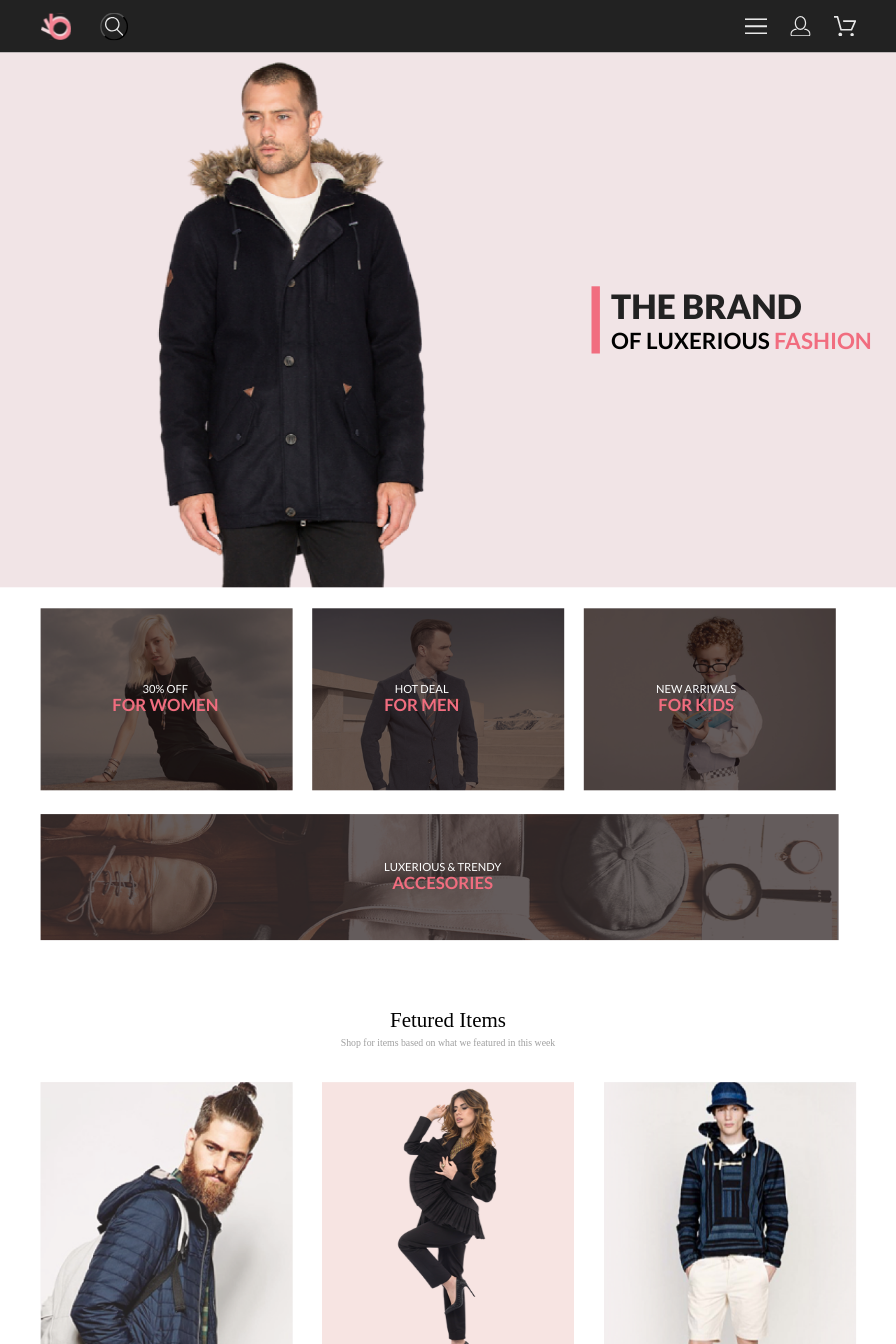
Repository: shtepaa/work-show-linkid
Page: les01/index.html
An editor plug-in stored every save of this project. The page is shown before and after a run of saves, followed by the edit.
The browser window is 1280 px wide. The pictures show the part of the page from y = 0 to 1920 px (the page is 3886 px tall), at 70% of full size.

Above is the page before, as saved 2022-02-15 12:20:39.

### les01/index.html
<!DOCTYPE html>
<html lang="en">
  <head>
    <meta charset="UTF-8" />
    <meta http-equiv="X-UA-Compatible" content="IE=edge" />
    <meta name="viewport" content="width=device-width, initial-scale=1.0" />
    <title>Brand</title>
    <link rel="shortcut icon" href="img/favicon.ico" type="image/x-icon" />
    <link rel="stylesheet" href="style.css" />
    <link rel="preconnect" href="https://fonts.googleapis.com" />
    <link rel="preconnect" href="https://fonts.gstatic.com" crossorigin />
    <link
      href="https://fonts.googleapis.com/css2?family=Lato:wght@700;400;900&display=swap"
      rel="stylesheet"
    />
  </head>
  <body>


        <header>
          <div class="container">
            <nav>
              <div class="flex-left">
                <img src="img/logo.svg" alt="logo" />
                <form class="searchBox">
                  <input
                    class="searchInput"
                    type="text"
                    name=""
                    placeholder="Search"
                  />
                  <button class="searchButton" href="#">
                    <img id="path" src="img/search.svg" alt="logo" />
                  </button>
                </form>
              </div>
              <div class="flex-right">
                <div class="mega-box"><img class="contact-img" src="img/menu.svg" alt="logo" />
                <div class="mega-item">

<div class="menu-box"><h3 class="menu-box--style">Menu</h3></div>
<details><summary>Man</summary>
<a class="mega-link" href="#">Accessories</a>
<a class="mega-link" href="#">Bags</a>
<a class="mega-link" href="#">Denim</a>
<a class="mega-link" href="#">T-Shirts</a>
</details>
<details><summary>WOMAN</summary>
  <a class="mega-link" href="#">Accessories</a>
  <a class="mega-link" href="#">Jackets & Coats</a>
  <a class="mega-link" href="#">Polos</a>
  <a class="mega-link" href="#">T-Shirts</a>
  </details>
  <details><summary>KIDS</summary>
    <a class="mega-link" href="#">Accessories</a>
    <a class="mega-link" href="#">Bags</a>
    <a class="mega-link" href="#">Denim</a>
    <a class="mega-link" href="#">T-Shirts</a>
    </details>



                </div>


                </div>
                <img class="contact-img" src="img/contact.svg" alt="logo" />
                <img src="img/shop.svg" alt="logo" />
              </div>
            </nav>
          </div>
        </header>
        <!-- Второй блок -->
        <div class="header-section">

          <!-- <div class="container"> -->

            <div class="header-cover">
              <div class="header-image">
              <img class="header-man"  src="img/man-new.png" alt="man" />
            </div>
            <div class="header-title">
              <div class="pink-line">
              <div class="header-column">
                <h1>The brand</h1>
                <h2>of luxerious <span class="pink-word"> fashion</span></h2>
              </div>
            </div>
            </div>
          </div>
          <!-- </div> -->


          </div>
        </div>
<!-- Третий блок -->
        <div class="container catalog-wrappet">
          <div class="catalog-block">
            <div class="catalog-project">
              <img
                class="catalog-image"
                src="img/catalog01.png"
                alt="catalog01"
              />
              <h2 class="catalog__text">
                30% off <span class="pink-word catalog-words"> for women</span>
              </h2>
            </div>
            <div class="catalog-project">
              <img
                class="catalog-image"
                src="img/catalog02.png"
                alt="catalog02"
              />
              <h2 class="catalog__text">
                hot deal <span class="pink-word catalog-words"> for men</span>
              </h2>
            </div>
            <div class="catalog-project">
              <img
                class="catalog-image"
                src="img/catalog03.png"
                alt="catalog03"
              />
              <h2 class="catalog__text">
                new arrivals
                <span class="pink-word catalog-words"> for kids</span>
              </h2>
            </div>
          </div>
          <div class="catalog-project parent">
            <img
              class="catalog-image"
              src="img/catalog04.png"
              alt="catalog04"
            />
            <h2 class="catalog__text down-parent">
              luxerious & trendy<span class="pink-word catalog-words">
                accesories</span
              >
            </h2>
          </div>
        </div>
        <!-- Четвертый блок -->
        <div class="container block-text">
          <h3 class="block-text--heading">Fetured Items</h3>
          <p class="block-text--section-text">
            Shop for items based on what we featured in this week
          </p>
        </div>
        <div class="container section-featured">
          <div class="featur_one">
            <a class="link-featur" href="#">
            <img class="featur-image"  src="img/feat01.png" alt="featur_one" /></a>
            <div class="featur-wrapper">
            <h3 class="featur-text">ELLERY X M'O CAPSULE</h3>
            <p class="featur-content">Known for her sculptural takes on traditional tailoring, Australian arbiter of cool Kym Ellery teams up with Moda Operandi.</p>
<span class="featur-price">$52.00</span></div>
          </div>
          <div class="featur_one">
            <a class="link-featur" href="#">
            <img src="img/feat02.png" alt="featur_one" /></a>
            <div class="featur-wrapper">
            <h3 class="featur-text">ELLERY X M'O CAPSULE</h3>
            <p class="featur-content">Known for her sculptural takes on traditional tailoring, Australian arbiter of cool Kym Ellery teams up with Moda Operandi.</p>
<span class="featur-price">$52.00</span></div>
          </div>
          <div class="featur_one">
            <a class="link-featur" href="#">
            <img src="img/feat03.png" alt="featur_one" /></a>
            <div class="featur-wrapper">
            <h3 class="featur-text">ELLERY X M'O CAPSULE</h3>
            <p class="featur-content">Known for her sculptural takes on traditional tailoring, Australian arbiter of cool Kym Ellery teams up with Moda Operandi.</p>
<span class="featur-price">$52.00</span></div>
          </div>
          <div class="featur_one">
            <a class="link-featur" href="#">
            <img src="img/feat04.png" alt="featur_one" /></a>
            <div class="featur-wrapper">
            <h3 class="featur-text">ELLERY X M'O CAPSULE</h3>
            <p class="featur-content">Known for her sculptural takes on traditional tailoring, Australian arbiter of cool Kym Ellery teams up with Moda Operandi.</p>
<span class="featur-price">$52.00</span></div>
          </div>
          <div class="featur_one">
            <a class="link-featur" href="#">
            <img src="img/feat05.png" alt="featur_one" /></a>
            <div class="featur-wrapper">
            <h3 class="featur-text">ELLERY X M'O CAPSULE</h3>
            <p class="featur-content">Known for her sculptural takes on traditional tailoring, Australian arbiter of cool Kym Ellery teams up with Moda Operandi.</p>
<span class="featur-price">$52.00</span></div>
          </div>
          <div class="featur_one">
            <a class="link-featur" href="#">
            <img src="img/feat06.png" alt="featur_one" /></a>
            <div class="featur-wrapper">
            <h3 class="featur-text">ELLERY X M'O CAPSULE</h3>
            <p class="featur-content">Known for her sculptural takes on traditional tailoring, Australian arbiter of cool Kym Ellery teams up with Moda Operandi.</p>
<span class="featur-price">$52.00</span></div>
          </div>

        </div>
        <div class="container browse-button">
          <a class="link-browse" href="#"> <h3 class="browse-button product-cart">Browse All Product</h3></a>

        </div>
<div class="section-icons">
  <div class="container wrapper-icons">
  <div class="first-icons">
    <img class="car-icons" src="img/car.svg" alt="car" />
    <h3 class="car-icons--text">Free Delivery</h3>
    <p class="car-icons--context">Worldwide delivery on all. Authorit tively morph next-generation innov tion with extensive models.</p>
  </div>
  <div class="first-icons">
    <img class="car-icons" src="img/discount.svg" alt="discount" />
    <h3 class="car-icons--text">Sales & discounts</h3>
    <p class="car-icons--context">Worldwide delivery on all. Authorit tively morph next-generation innov tion with extensive models.</p>
  </div>
  <div class="first-icons">
    <img class="car-icons" src="img/corona.svg" alt="corona" />
    <h3 class="car-icons--text">Quality assurance</h3>
    <p class="car-icons--context">Worldwide delivery on all. Authorit tively morph next-generation innov tion with extensive models.</p>
  </div>
</div>

</div>

<div class="quotes-section">
  <div class="container wrap-quotes">
  <div class="figure-box">
  <figure>
    <img class="figure-image" src="img/author.png" alt="author" />
    <figcaption>“Vestibulum quis porttitor dui! Quisque viverra nunc mi, a pulvinar purus condimentum“</figcaption>
  </figure></div>
  <div class="figure-box enter-mail">

    <h1 class="subscribe">SUBSCRIBE</h1>
    <h2 class="promotion">FOR OUR NEWLETTER AND PROMOTION</h2>
    <div class="subscribe-wrapper">

      <input type="email" name="email" class="subscribe-input" placeholder="Enter Your Email">
      <div class="submit-btn">SUBMIT</div>
    </div>


  </div>

</div>


      </div>
      <footer>
<div class="container footer-contant">
  <div class="copy-righ">
    <span class="copy-text">© 2021  Brand  All Rights Reserved.</span>
  </div>
  <div class="networks">
    <div class="insta instag-fig">

    </div>
    <div class="insta pint-fig"></div>
    <div class="insta last-fig"></div>
    <div class="insta "></div>
  </div>



</div>

      </footer>

  </body>
</html>

### les01/style.css
* {
  margin: 0;
  padding: 0;
}



header {
  background-color: #222;

  display: flex;
  height: 75px;
}
.header-section {
  background-color: #f1e4e6;
  /* display: flex; */
  height: 764px;
}
.container {
  margin: 0 auto;
  width: 1165px;
  display: flex;
}
.header-image {
  display: flex;
  /* background-repeat: no-repeat;
  -webkit-box-flex: 1;
  -ms-flex-positive: 1;
  flex-grow: 1; */

}
.header-man{
  /* display: flex; */
  /* display: block; */
  left: 0;
}
.header-title {
  /* width: 50%; */
  display: flex;
  flex-direction: row;
  align-items: center;
}
.header-column {
  display: flex;
  flex-direction: column;
  margin-left: 16px;
  text-transform: uppercase;
  font-family: "Lato", sans-serif;
}
h1 {
  font-weight: 900;
  font-size: 48px;
  line-height: 58px;
  color: #222;
}
h2 {
  font-weight: 700;
  font-size: 32px;
  line-height: 38px;
}
.pink-word {
  color: #f16d7f;
}
.pink-line {
  width: 405px;
  box-sizing: border-box;
  border-left: 12px solid #f16d7f;
}
.header-cover {
  /* width: 100%; */
  display: flex;
  /* flex-direction: row; */
  justify-content: space-between;
  width: 1250px;
  /* margin: 0 auto; */
}

nav {
  justify-content: space-between;
  flex-direction: row;
  /* position: relative; */
  align-items: center;
  display: flex;
  height: 75px;
  width: 100%;
}
.flex-left {
  align-items: center;
  flex-direction: row;
  display: flex;
}

.contact-img {
  margin-right: 33px;
}
/* Меню бокс */
.mega-item {
  position: absolute;
  background-color: #fff;

  /* display: none; */
  padding: 37px 100px 79px 50px;
  display: none;
  margin-top: 23px;
  padding-bottom: 53px;
  /* margin-left: 155px; */
}
.mega-box {
  padding: 34px 0 30px 0;

}
.mega-box:hover .mega-item{
  display: block;
}
summary {
  display: block;
}

  summary::-webkit-details-marker {
  display: none;
}

summary {
  display: block;
  font-weight: 400;
  font-size: 14px;
  line-height: 17px;
  text-transform: uppercase;
  color: #f16d7f;
  padding-top: 20px;
  padding-bottom: 12px;
  font-family: "Lato", sans-serif;
  cursor: pointer;
}

  summary::-webkit-details-marker {
  display: none;
}

summary::before {
  content: '';
  padding-right: 0.5em;
}

details[open] > summary::before {
  content: '';
}

.menu-box--style {
  font-weight: 700;
  font-size: 14px;
  line-height: 17px;
  text-transform: uppercase;
  padding-bottom: 4px;
  font-family: "Lato", sans-serif;
}
/* .pink-box {

} */
.mega-link {
  font-family: "Lato", sans-serif;
  display: block;
  text-decoration: none;
  font-size: 14px;
  line-height: 17px;
  color: #6f6e6e;
  font-weight: 400;
  padding: 12px 0px 11px 15px;
}
.mega-link:hover{
  color: #F16D7F;
}
.flex-right {
  display: flex;
  align-items: center;
  position: relative;
  /* padding-bottom: 23px; */
}
img {
  cursor: pointer;
}

/* search form*/
form {
  margin-left: 41px;
}

.searchBox:hover > .searchInput {
  padding: 0 6px;
  width: 240px;
}

.searchBox:hover > .searchButton {
  background: #222;
  color: #2f3640;
}

.searchButton {
  justify-content: center;
  align-items: center;
  background: #222;
  border-radius: 50%;
  color: white;
  float: right;
  width: 40px;
  height: 40px;
  display: flex;
  transition: 0.4s;
}

.searchInput {
  border: none;
  background: none;
  outline: none;
  float: left;
  padding: 0;
  color: white;
  font-size: 16px;
  transition: 0.4s;
  line-height: 40px;
  width: 0px;
}

@media screen and (max-width: 620px) {
  .searchBox:hover > .searchInput {
    width: 150px;
    padding: 0 6px;
  }
}

/* Третий блок */

.catalog-wrappet {
  display: flex;
  /* flex-direction: row; */
  flex-wrap: wrap;
  justify-content: space-between;
  max-width: 1165px;
  margin: 0 auto;
}
.catalog-project {
  margin-top: 30px;
  position: relative;
  flex-grow: 1;
}
/* .catalog-image:last-of-type {
  width: 100%;

} */
.catalog__text {
  position: absolute;
  display: block;
  z-index: 100;
  left: 103px;
  top: 105px;
  box-sizing: border-box;
  font-size: 16px;
  line-height: 19px;
  text-align: center;
  font-family: Lato;
  color: #fff;
  text-transform: uppercase;
  font-weight: 400;
  display: flex;
  flex-direction: column;
  /* left: 0; */
}
.catalog-words {
  font-size: 24px;
  line-height: 28px;
  text-align: center;
  font-family: "Lato", sans-serif;
  font-weight: 700;
}
.catalog-block {
  display: flex;
  justify-content: space-between;
  flex-direction: row;
  width: 100%;
}
.parent {
  display: flex;
  width: 100%;
  /* justify-content: space-between; */
}
.down-parent {
  left: 491px;
  top: 65px;
}
/* Четвертый блок */
.block-text {
  padding-top: 96px;
  display: flex;
  flex-direction: column;
  box-sizing: content-box;
  align-items: center;
}
.block-text--heading {
  font-weight: normal;
  font-size: 30px;
  line-height: 36px;
}
.block-text--section-text {
  padding-top: 6px;
  font-weight: normal;
  font-size: 14px;
  line-height: 17px;
  color: #9f9f9f;
}
/* Пятый блок */
.section-featured{
  max-width: 1165px;
  display: flex;
  flex-direction: row;
  flex-wrap: wrap;
  padding-top: 18px;
  justify-content: space-between;
}
.featur_one{
  display: flex;
  flex-direction: column;
  max-width: 360px;
  background-color: #F8F8F8;
  margin-top: 30px;
}
.featur-text{
  margin-top: 25px;
  font-size: 13px;
line-height: 16px;
font-family: "Lato", sans-serif;
font-weight: 400;
}
.featur-content{
  color: #5D5D5D;
  font-weight: 300;
font-size: 14px;
line-height: 17px;
font-family: "Lato", sans-serif;
padding-top: 12px;
}
.featur-price{
  color:  #F16D7F;
  font-size: 16px;
line-height: 19px;
font-weight: 400;
padding-top: 18px;
}
.featur-wrapper{
  padding-left: 18px;
  padding-bottom: 20px;
  display: flex;
  flex-direction: column;
}
.browse-button{
  /* align-items: center; */
  /* display: block; */
  max-width: 1165px;
  display: flex;
  justify-content: center;
  margin-top: 63px;

}
.link-browse{
  text-decoration: none;
}
.product-cart{
  color: #fff;
  border: 1px solid #FF6A6A;
  box-sizing: border-box;
  align-items: center;
  width: 211px;
  padding: 15px 38px;
  font-size: 16px;
line-height: 19px;
font-weight: 400;
background-color: #F16D7F;
}
/* конец кнопки */
.section-icons {
  background-color: #222224;
  display: flex;
  height: 341px;

  /* justify-content: space-between; */
  margin-top: 95px;
}
.first-icons{
  display: flex;
  flex-direction: column;
  max-width: 343px;
  justify-content: center;
  align-items: center;
  text-align: center;


}
.car-icons{
  width: 44px;
  height: 31px;
  padding-top: 103px;
  padding-bottom: 28px;
}
.wrapper-icons{
  max-width: 1165px;
  display: flex;
  flex-direction: row;
  justify-content: space-between;
}
.car-icons--context{
  padding-top: 16px;
  font-weight: 300;
font-size: 13.972px;
line-height: 17px;
color: #FBFBFB;
padding-bottom: 104px;
}
.car-icons--text{
  font-size: 19.96px;
line-height: 24px;
color: #FBFBFB;
font-weight: 400;
}
/* Квотес секция */
.quotes-section{
  background-image: url(img/photo-subscribe.png );
  height: 448px;
  background-repeat: no-repeat;
  background-size: 100%;

}
.wrap-quotes{
  display: flex;
  flex-direction: row;
  max-width: 1165px;
  justify-content: space-between;

}
.figure-box{
  display: flex;
  flex-direction: column;
  width: 343px;
  justify-content: center;
  /* align-items: center; */
  text-align: center;

}
.figure-image{
  width: 96px;
  height: 96px;
  padding-top: 97px;
}
figcaption{
  padding-top: 30px;
  font-size: 20px;
line-height: 24px;
font-weight: 400;
font-family: "Lato", sans-serif;
color: #222224;

}
.subscribe{
  font-family: "Lato", sans-serif;
  font-weight: 700;
  font-size: 24px;
  line-height: 37px;
  padding-top: 150px;
}
.promotion{
  font-family: "Lato", sans-serif;
  font-weight: 400;
  font-size: 18px;
  line-height: 30px;
}
.enter-mail{
  width: 557px;
}
.subscribe-wrapper{
  display: flex;
  justify-content: center;
  margin-top: 39px;

  border-radius: 10px;
  width: 356px;
  margin: 0 auto;
  padding-top: 32px;
}
.subscribe-input{
width: 256px;
border-radius: 30px;
  border-bottom-right-radius: 0;
  border-top-right-radius: 0;
  border-color: #E1E1E1;
  background-color: #E1E1E1;
}
.submit-btn{
  width: 100px;
  border-radius: 30px;
  border-bottom-left-radius: 0;
  border-top-left-radius: 0;
  background-color: #E05C6E;
  height: 49px;
  color: #fff;
  text-align: center;
  align-items: center;
  font-size: 14px;
line-height: 17px;
display: flex;
font-weight: 400;
padding: 10px;
}
::placeholder{
  padding-left: 22px;
  padding-top: 7px;
  padding-bottom: 6px;
  font-size: 14px;
line-height: 17px;
opacity: 0.67;
color: #222224;
}
footer{
  height: 79px;
  background-color: #222224;
  display: flex;
}
.footer-contant{
  display: flex;
  flex-direction: row;
  max-width: 1165px;
  align-items: center;
  justify-content: space-between;
}
.copy-text{
  padding-top: 30px;
  font-size: 16px;
line-height: 19px;
font-weight: 400;
color: #FBFBFB;
}
.networks{
  display: flex;
  flex-direction: row;


}
.insta{
  height: 32px;
  width: 31px;
  background-color: #fff;
  display: flex;

}
.last-fig{
  margin-right: 7px;
}
.pint-fig{
  margin-right: 7px;
}
.instag-fig{
  margin-right: 7px;
}
.insta:hover{
  background-color: #E05C6E;

}

### les01/img/search.svg
<svg width="27" height="28" viewBox="0 0 27 28" fill="#E8E8E8" xmlns="http://www.w3.org/2000/svg" id="path">
<path d="M19.0596 17.6259C20.6713 15.8658 21.6282 13.6048 21.7698 11.2225C21.9113 8.84018 21.2288 6.48173 19.8369 4.54318C18.445 2.60463 16.4285 1.20404 14.126 0.576619C11.8234 -0.0508009 9.3751 0.13316 7.19217 1.09761C5.00923 2.06205 3.22463 3.74825 2.13804 5.87302C1.05145 7.9978 0.729054 10.4318 1.225 12.7661C1.72094 15.1005 3.00501 17.1932 4.86158 18.6927C6.71814 20.1922 9.03413 21.0072 11.4206 21.0009C13.673 21.004 15.8645 20.27 17.6606 18.9109L25.4086 26.7179C25.4941 26.807 25.5965 26.8781 25.7099 26.927C25.8232 26.9759 25.9452 27.0017 26.0686 27.0029C26.1923 27.0033 26.3148 26.9782 26.4283 26.9292C26.5419 26.8801 26.6441 26.8082 26.7286 26.7179C26.9025 26.537 26.9997 26.2958 26.9997 26.0449C26.9997 25.794 26.9025 25.5528 26.7286 25.3719L19.0596 17.6259ZM2.88662 10.5009C2.89946 8.81563 3.41094 7.17187 4.35659 5.77685C5.30224 4.38183 6.63972 3.29801 8.20044 2.662C9.76115 2.02599 11.4752 1.86627 13.1266 2.20298C14.7779 2.53969 16.2926 3.35775 17.4797 4.55404C18.6668 5.75033 19.4732 7.27129 19.7972 8.92519C20.1212 10.5791 19.9483 12.2919 19.3002 13.8476C18.6522 15.4034 17.5581 16.7325 16.1559 17.6674C14.7536 18.6023 13.1059 19.1011 11.4206 19.1009C9.14916 19.0901 6.97482 18.1784 5.37484 16.566C3.77486 14.9537 2.87998 12.7724 2.88662 10.5009Z" fill="#E8E8E8"/>
</svg>

Loaded but not shown: les01/img/car.svg (3 lines, source omitted)

After the next 2 saves:
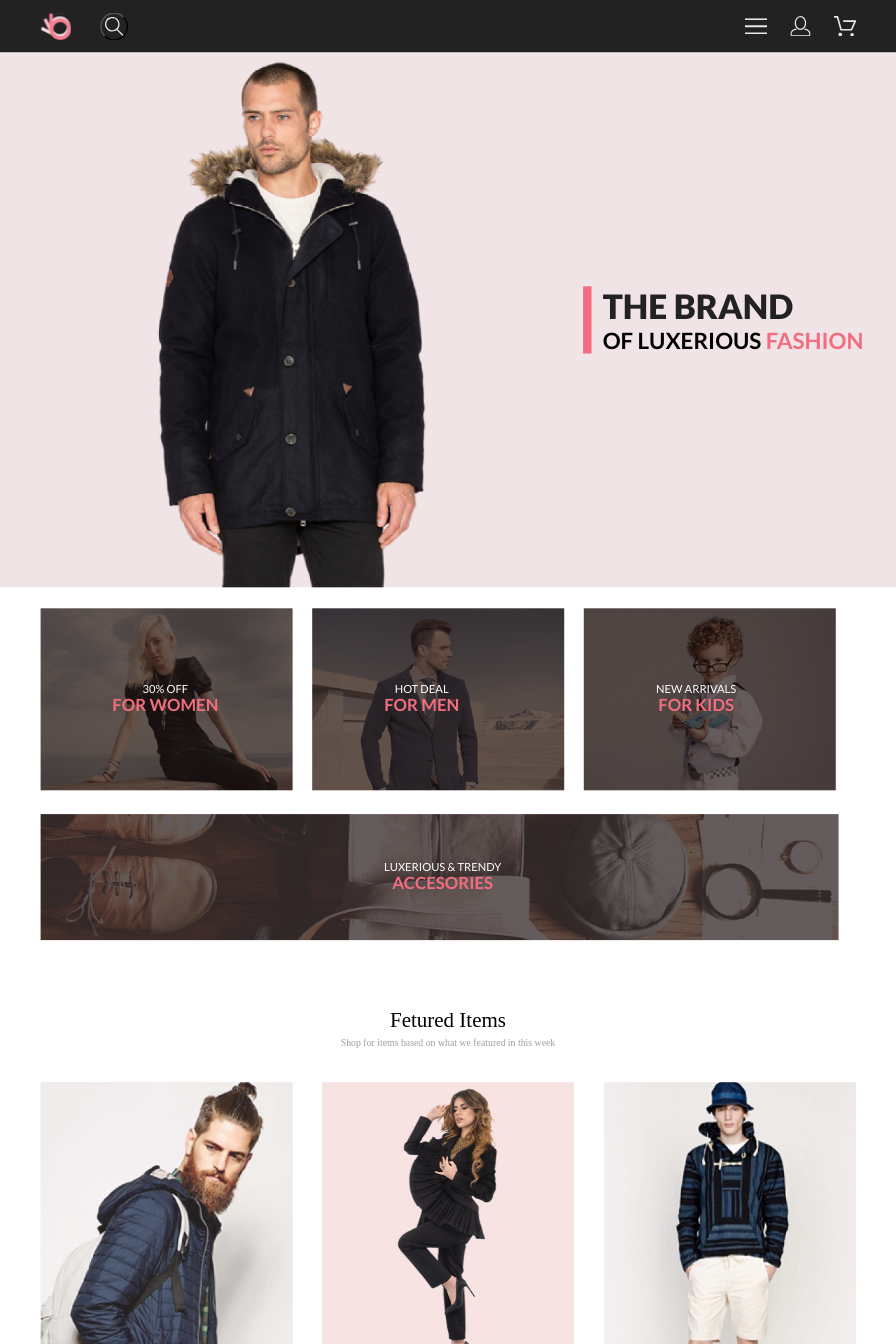
The 2 saves are shown as one change because they came seconds apart.
The last was saved 11 s later.
--- a/les01/style.css
+++ b/les01/style.css
@@ -63,7 +63,7 @@ h2 {
 }
 .pink-line {
   width: 405px;
-  box-sizing: border-box;
+  box-sizing: content-box;
   border-left: 12px solid #f16d7f;
 }
 .header-cover {
